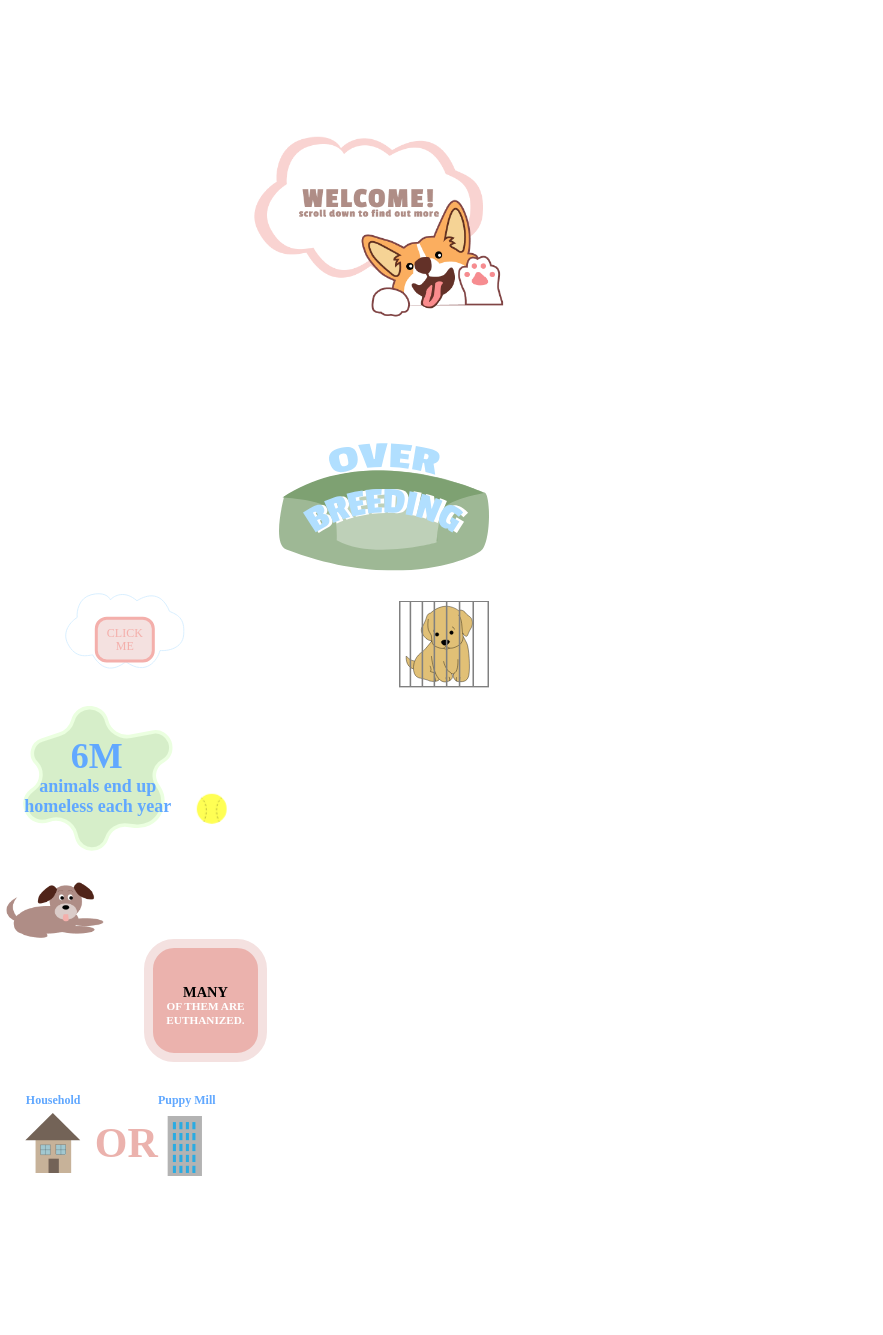
Repository: SoleilDagneau/MDIA2109Midterm
Page: index.html
These files come from the project's save history. The page is drawn as it stood at one moment and after the next save; the edit follows.
The browser window is 1280 px wide. The page is 1472 px wide, so the pictures cover 1472 px, including what lies to the right of the window. The pictures show the whole page, at 60% of full size.
Some web fonts or font styles are not loaded; a fallback is used.

Above is the page before, as saved 2022-03-04 11:00:35.
Console error: TypeError: Cannot set properties of null (setting 'innerText')

### index.html
<!DOCTYPE html>
<html lang="en">
<head>
    <meta charset="UTF-8">
    <meta http-equiv="X-UA-Compatible" content="IE=edge">
    <meta name="viewport" content="width=device-width, initial-scale=1.0">
    <title>Animal Cruelty</title>

    <link href="styles.css" rel="stylesheet">

    <link rel="preconnect" href="https://fonts.googleapis.com">
    <link rel="preconnect" href="https://fonts.gstatic.com" crossorigin>
    <link href="https://fonts.googleapis.com/css2?family=Passion+One:wght@400;700&display=swap" rel="stylesheet">
    <link rel="preconnect" href="https://fonts.googleapis.com">
    <link rel="preconnect" href="https://fonts.gstatic.com" crossorigin>
    <link href="https://fonts.googleapis.com/css2?family=Nunito&display=swap" rel="stylesheet">

    <script src="utils/speechbubble.js"></script>
    <script src="utils/clickbubble.js"></script>
    <script src="utils/squarecard.js"></script>
    <script src="utils/blobcard.js"></script>
    <script src="utils/blueblobcard.js"></script>
    <script src="utils/ball.js"></script>
    <script src="utils/leafcard.js"></script>

</head>
<body>
    <div class="titlepage">
        <div class="welcome_title">
            <img class="welcome" src="imgs/welcomecloud.png" alt="welcome title">
            <img class="welcomedog" src="imgs/corgi.png">
        </div>
    </div>

    <div class="overbreeding">

        <div class="conttitle">

            <img class="obtitle" src="imgs/overbreeding.svg" alt="overbreeding title">
        </div>
        <div class="contcage">
            <img class="cage" src="imgs/dogincage.svg" alt="dog in cage img">
            <the-clickbubble class="dogtext" desc_text="CLICK ME"></the-clickbubble>
        </div>
        <div class="contblob">
            <the-blobcard class="blob" blob_text="6M"
            blob_subtext="animals end up homeless each year">
            </the-blobcard>
        </div>

        <div class="dog2">
            <img class="dogpic2" src="imgs/layingdog.png">
        </div>

        <the-ball></the-ball>

        <the-squarecard class="htext" the_manytext="MANY" the_htext="OF THEM ARE EUTHANIZED."></the-squarecard>

        <div class="buildcont">
            <h3 class="housetext">Household</h3>
            <h3 class="puppymill">Puppy Mill</h3>
            <img class="house" src="imgs/house.svg">
            <img class="tower" src="imgs/building.svg">
            <h1 class="or">OR</h1>
        </div>

    </div>

    <!-----------
        <div class="habitatloss">
        <div class="conttitle">
            <img class="obtitle" src="imgs/habitatloss.svg" alt="habitat loss title">
        </div>
        <div class="contmonkey">
            <the-clickbubble class="testingtext" desc_text="CLICK ME"></the-clickbubble>
            <img class="monkey" src="imgs/monkey.svg" alt="monkey img" width=150px>
        </div>
        <div>
            <img src="imgs/leafwithbranch.svg" alt="leaf with branch" width=500px>
        </div>







    </div>




    <div class="cosmetictesting">
        <div class="conttitle">
            <img class="obtitle" src="imgs/cosmetictesting.svg" alt="cosmetictesting title">
        </div>
        <div class="contsyringe">
            <img class="syringe" src="imgs/injection.svg" alt="syringe img">
            <the-clickbubble class="testingtext" desc_text="CLICK ME"></the-clickbubble>
        </div>
        <div class="contblob">
            <the-blueblobcard class="testingblob1" blob_text="88%"></the-blueblobcard>
        </div>
        <div class="contcard">
            <the-squarecard info_text="of top beauty brands still fund animal testing">
            </the-squarecard>
        </div>
        <div class="contblob">
            <the-blueblobcard class="testingblob2" blob_text="110M"
            blob_subtext="animals are killed in U.S. laboratories every year"></the-blueblobcard>
        </div>
        <div class="contblob">
            <the-blueblobcard class="testingblob3" blob_text="95%"></the-blueblobcard>
        </div>
        <div class="contcard">
            <the-squarecard class="contcard1" info_text="of all drugs that are shown to be safe and effective in
            animal tests, fail in human tests.">
            </the-squarecard>
        </div>
        <div class="contmouse">
            <img class="mouse" src="imgs/mouse-02.svg" alt="mouse img">
            <the-clickbubble class="mouseclick" desc_text="CLICK ME"></the-clickbubble>
        </div>


        ------>













</body>
</html>

### styles.css
.titlepage{
    display:block;
    position: relative;
    top:170px;
    left:-55px;
}


.welcome{
    display: flex;
    position: relative;
    margin: auto;
    top: 50px;
    left: 30px;
    right: 90px;
    justify-content: center;
}

.welcomedog {
    display:flex;
    margin: auto;
    position: relative;
    left: 135px;
    top: -80px;
    right: 90px;
    justify-content: center;
}
/*--------------------------END OF TITLE SECTION-------------------------------*/
.overbreeding{
    display:block;
    position:relative;
    top:300px;


}
.obtitle{
    width:350px;
    display: flex;
    position:relative;
    margin: auto;
}
.cage{
    width:150px;
    display: flex;
    position: relative;
    left: 100px;
    top: 50px;
    margin: auto;

}
.dogtext{
    display: flex;
    position:absolute;
    top:250px;
    left:100px;
    margin: auto;
}
.blob{
    display: flex;
    position:relative;
    left:30px;
    top:80px;
}
.htext{
    display:flex;
    position: relative;
    left: 200px;
    top:-80px;
}
.house{
    width:100px;
    height:100px;
    display:flex;
    position:relative;
    left:30px;

}
.tower{
    width:100px;
    height:100px;
    display:flex;
    position:relative;
    left:250px;
    top:-95px;
}
.housetext{
    font-family: 'passion one', cursive;
    font-size:20px;
    color:#61A8FF;
    display:inline;
    position:relative;
    left:35px;
    bottom:10px;
}
.puppymill{
    font-family: 'passion one', cursive;
    font-size:20px;
    color:#61A8FF;
    display:inline;
    position:relative;
    left:160px;
    bottom: 10px;
}
.or{
    font-family: 'passion one', cursive;
    font-size:70px;
    color:#EBB2AD;
    display:inline;
    position:relative;
    top:-190px;
    left:150px;
}
.buildcont{
    display:inline;
    position:relative;
    top:-50px;
}
.dog2{
    display:flex;
    position:relative;
    left: 3px;
}


/*------------------END OF SECTION 1----------------------------*/

.syringe {
    width:100px;
    height: 100px;
    display: flex;
    position: relative;
    left: 100px;
    top: 50px;
    margin: auto;
}

.testingtext{
    display: flex;
    position:sticky;
    top:1000px;
    left:100px;
    margin: auto;
}

.testingblob1 {
    display: flex;
    position:relative;
    left:10px;
    top:150px;
}

.contcard {
    display: flex;
    position:relative;
    top:100px;
}

.testingblob2 {
    display: flex;
    position:absolute;
    left:300px;
    top:1400px;
}

.testingblob3 {
    display: flex;
    position:relative;
    left:10px;
    top:100px;
}

.contcard1 {
    display: flex;
    position:relative;
}

.mouse {
    width:200px;
    height: 200px;
    display: flex;
    position: absolute;
    left: 350px;
    top: 1900px;
    margin: auto;
}

.mouseclick {
    display: flex;
    position:absolute;
    top:1800px;
    left:250px;
    margin: auto;
}

.contmonkey {
    display:flex;
    position:sticky;
    left: 350px;
    justify-content: flex-end;
    margin-right: 50px;
    margin-top: 20px;
}

/* -------------------------------END OF SECTION 2-------------------------------*/
.contcard3 {
    display:flex;
    justify-content: flex-end;
}

### utils/speechbubble.js
//MUST HAVE - CREATE A TEMPLATE TAG
var template_speechbub = document.createElement("template"); //<template> </template> RULE

//To-do - CREATE THE UI HERE!
template_speechbub.innerHTML = `

<style>
    #next_button {
        background-color:#61A8FF;
        border:3px solid #AFDDFF;
        border-radius: 10px;
        font-family: 'passion one', cursive;
        color: white;
        font-size:20px;
        margin:65px;
        display:flex;
        position:absolute;
        top:45px;
        left: 30px;

    }
    #speech_bubble{
        width:250px;
        display:flex;
        position:relative;

    }

</style>
<div id="cloud">
    <img id="speech_bubble" src="imgs/cloud.svg" alt=""/>
        <button id="next_button">
            next...
         </button>
</div>

`;

//MUST HAVE - CREATE A CLASS WITH HTMLELEMENT POWERS (interfaces/functionalities)
class TheSpeechBubble extends HTMLElement {

    //MUST HAVE - CREATE A CONSTRUCTOR TO DO INITAL ASSOCIATIONS
    constructor(){
        super(); //pass on the HTMLElement super powers!
        this.attachShadow({mode:"open"}) //Attach it to the shadowRoot

        //To-do - CREATE THE STATES FOR THE UI HERE!
    }

    //MUST HAVE - FUNCTION THAT RUNS AFTER IT'S CONNECTED
    connectedCallback(){
        this.shadowRoot.appendChild(template_speechbub.content.cloneNode(true));
        this.shadowRoot.querySelector("#next_button").innerText = this.getAttribute("button_text"); //use the template to make a clone
    }

    //To-do - CREATE THE FUNCTIONALITIES HERE!
}

//MUST HAVE - define the tag for the custom elements
customElements.define("the-speechbubble", TheSpeechBubble)

### utils/clickbubble.js
//MUST HAVE - CREATE A TEMPLATE TAG
var template_clickbubble = document.createElement("template"); //<template> </template> RULE

//To-do - CREATE THE UI HERE!
template_clickbubble.innerHTML = `

<style>
    #desc_text {
        font-family:'passion one', cursive;
        color: #F4AFAB;
        font-size:20px;
        padding: 10px;
        background-color:#F4E1E0;
        border: 5px solid #F4AFAB;
        border-radius: 20px;
        position: absolute;
        display:flex;
        justify-content:center;
        top:-10px;

        margin:50px;
    }
    img{
        width: 200px;
    }
    #click_bubble{
        display:flex;
    }
</style>
<div id="click_bubble">
    <img src="imgs/cloud.svg" alt="cloud svg"/>
        <button id="desc_text">
            CLICK ME
        </button>
</div>

`;

//MUST HAVE - CREATE A CLASS WITH HTMLELEMENT POWERS (interfaces/functionalities)
class TheClickBubble extends HTMLElement {

    //MUST HAVE - CREATE A CONSTRUCTOR TO DO INITAL ASSOCIATIONS
    constructor(){
        super(); //pass on the HTMLElement super powers!
        this.attachShadow({mode:"open"}) //Attach it to the shadowRoot

        //To-do - CREATE THE STATES FOR THE UI HERE!
    }

    //MUST HAVE - FUNCTION THAT RUNS AFTER IT'S CONNECTED
    connectedCallback(){
        this.shadowRoot.appendChild(template_clickbubble.content.cloneNode(true));
        this.shadowRoot.querySelector("#desc_text").innerText = this.getAttribute("desc_text"); //use the template to make a clone
    }

    //To-do - CREATE THE FUNCTIONALITIES HERE!
}

//MUST HAVE - define the tag for the custom elements
customElements.define("the-clickbubble", TheClickBubble)

### utils/squarecard.js
//MUST HAVE - CREATE A TEMPLATE TAG
var template_scard = document.createElement("template"); //<template> </template> RULE

//To-do - CREATE THE UI HERE!
template_scard.innerHTML = `

<style>
    #info_card {
        background-color:#EBB2AD;
        width: 175px;
        height:175px;
        border: 15px solid #F4E1E0;
        border-radius: 50px;
        margin: 2rem;
    }
    #info_text {
        display:flex;
        justify-content:center;
        font-size:18px;
        font-family: 'nunito', sans-serif;
        color: white;
        padding: 10px;
    }
    #the_htext{
        font-family:'passion one', cursive;
        color:white;
        text-align:center;
        display:flex;
        position:relative;
        top:20px;
    }
    #the_manytext{
        font-family:'passion one', cursive;
        color:black;
        display:flex;
        position:relative;
        justify-content:center;
        top:40px;
    }

</style>
<div id="info_card">
    <h2 id="the_manytext">MANY</h2>

    <h3 id="the_htext">
     OF THEM ARE EUTHANIZED.
    </h3>

    <p id="info_text">info text</p>
</div>
`;

//MUST HAVE - CREATE A CLASS WITH HTMLELEMENT POWERS (interfaces/functionalities)
class TheSquareCard extends HTMLElement {

    //MUST HAVE - CREATE A CONSTRUCTOR TO DO INITAL ASSOCIATIONS
    constructor(){
        super(); //pass on the HTMLElement super powers!
        this.attachShadow({mode:"open"}) //Attach it to the shadowRoot

        //To-do - CREATE THE STATES FOR THE UI HERE!
    }

    //MUST HAVE - FUNCTION THAT RUNS AFTER IT'S CONNECTED
    connectedCallback(){
        this.shadowRoot.appendChild(template_scard.content.cloneNode(true));
        this.shadowRoot.querySelector("#info_text").innerText = this.getAttribute("info_text");
        this.shadowRoot.querySelector("#the_htext").innerText = this.getAttribute("the_htext");
        this.shadowRoot.querySelector("#the_manytext").innerText = this.getAttribute("the_manytext"); //use the template to make a clone
    }

    //To-do - CREATE THE FUNCTIONALITIES HERE!
}

//MUST HAVE - define the tag for the custom elements
customElements.define("the-squarecard", TheSquareCard)

### utils/blobcard.js
//MUST HAVE - CREATE A TEMPLATE TAG
var template_bcard = document.createElement("template"); //<template> </template> RULE

//To-do - CREATE THE UI HERE!
template_bcard.innerHTML = `

<style>
    #blob_text {
        font-family:'passion one', cursive;
        font-size:60px;
        color:#61A8FF;
        position:absolute;
        text-align:center;
        top:10px;
        left:80px;
    }
    .blob_subtext{
        font-size:30px;
        color:#61A8FF;
        font-family:'passion one', cursive;
        display:block;
        position:relative;
        text-align:center;
        top:-160px;
    }
    #the_blobcard{
        width:250px;
    }
</style>
<div class="container">
    <div id="the_blobcard">
        <img id="" src="imgs/blob.svg" alt=""/>
            <h1 id="blob_text">
                blob text
            </h1>
            <h3 class="blob_subtext">
                animals end up homeless each year
            </h3>
    </div>
</div>
`;

//MUST HAVE - CREATE A CLASS WITH HTMLELEMENT POWERS (interfaces/functionalities)
class TheBlobCard extends HTMLElement {

    //MUST HAVE - CREATE A CONSTRUCTOR TO DO INITAL ASSOCIATIONS
    constructor(){
        super(); //pass on the HTMLElement super powers!
        this.attachShadow({mode:"open"}) //Attach it to the shadowRoot

        //To-do - CREATE THE STATES FOR THE UI HERE!
    }

    //MUST HAVE - FUNCTION THAT RUNS AFTER IT'S CONNECTED
    connectedCallback(){
        this.shadowRoot.appendChild(template_bcard.content.cloneNode(true));
        this.shadowRoot.querySelector("#blob_text").innerText = this.getAttribute("blob_text");
        this.shadowRoot.querySelector("#blob_subtext").innerText = this.getAttribute("blob_subtext");
         //use the template to make a clone
    }

    //To-do - CREATE THE FUNCTIONALITIES HERE!
}

//MUST HAVE - define the tag for the custom elements
customElements.define("the-blobcard", TheBlobCard)

### utils/blueblobcard.js
//MUST HAVE - CREATE A TEMPLATE TAG
var template_bbcard = document.createElement("template"); //<template> </template> RULE

//To-do - CREATE THE UI HERE!
template_bbcard.innerHTML = `

<style>
    #blob_text {
        font-family:'passion one', cursive;
        font-size:60px;
        color:#f4afab;
        position:absolute;
        text-align:center;
        top:10px;
        left:80px;
    }
    #blob_subtext{
        font-size:30px;
        color:white;
        font-family:'nunito', sans-serif;
        display:block;
        position:relative;
        text-align:center;
        top:-160px;
    }
    #the_blobcard{
        width:250px;
    }
</style>
<div class="container">
    <div id="the_blueblobcard">
        <img id="" src="imgs/blueblob.svg" alt=""/>
            <h1 id="blob_text">
                blob text
            </h1>
            <h3 id="blob_subtext">
                blob subtext
            </h3>
    </div>
</div>
`;

//MUST HAVE - CREATE A CLASS WITH HTMLELEMENT POWERS (interfaces/functionalities)
class TheBlueBlobCard extends HTMLElement {

    //MUST HAVE - CREATE A CONSTRUCTOR TO DO INITAL ASSOCIATIONS
    constructor(){
        super(); //pass on the HTMLElement super powers!
        this.attachShadow({mode:"open"}) //Attach it to the shadowRoot

        //To-do - CREATE THE STATES FOR THE UI HERE!
    }

    //MUST HAVE - FUNCTION THAT RUNS AFTER IT'S CONNECTED
    connectedCallback(){
        this.shadowRoot.appendChild(template_bcard.content.cloneNode(true));
        this.shadowRoot.querySelector("#blob_text").innerText = this.getAttribute("blob_text");
        this.shadowRoot.querySelector("#blob_subtext").innerText = this.getAttribute("blob_subtext");
         //use the template to make a clone
    }

    //To-do - CREATE THE FUNCTIONALITIES HERE!
}

//MUST HAVE - define the tag for the custom elements
customElements.define("the-blueblobcard", TheBlueBlobCard)

### utils/ball.js
//MUST HAVE - CREATE A TEMPLATE TAG
var template_ball = document.createElement("template"); //<template> </template> RULE

//To-do - CREATE THE UI HERE!
template_ball.innerHTML = `
<style>
.ballpic{
    width:50px;
    display: flex;
    position: relative;
    left:20rem;
    top:-15rem;
    animation: bounce2 2s ease infinite;
}
@keyframes bounce2 {
	0%, 20%, 50%, 80%, 100% {transform: translateY(0);}
	40% {transform: translateY(-30px);}
	60% {transform: translateY(-15px);}
}
</style>

<div class="ball">
       <img class="ballpic" src="imgs/ball.svg" alt="ball img">
</div>
`;

//MUST HAVE - CREATE A CLASS WITH HTMLELEMENT POWERS (interfaces/functionalities)
class TheBall extends HTMLElement {

    //MUST HAVE - CREATE A CONSTRUCTOR TO DO INITAL ASSOCIATIONS
    constructor(){
        super(); //pass on the HTMLElement super powers!
        this.attachShadow({mode:"open"}) //Attach it to the shadowRoot

        //To-do - CREATE THE STATES FOR THE UI HERE!
    }

    //MUST HAVE - FUNCTION THAT RUNS AFTER IT'S CONNECTED
    connectedCallback(){
        this.shadowRoot.appendChild(template_ball.content.cloneNode(true));

    }

    //To-do - CREATE THE FUNCTIONALITIES HERE!

}


//MUST HAVE - define the tag for the custom elements
customElements.define("the-ball", TheBall)

### utils/leafcard.js
//MUST HAVE - CREATE A TEMPLATE TAG
var template_leafcard = document.createElement("template"); //<template> </template> RULE

//To-do - CREATE THE UI HERE!
template_leafcard.innerHTML = `

<style>

    #leaf_subtext{
        font-size:40px;
        color:#FFF;
        font-family:'passion one', cursive;
        display:block;
        position:relative;
        text-align:left;
        top:-140px;
        right: -20px;

    }

</style>
<div class="container">
    <div id="the_leafcard">
        <img id="" src="imgs/leafwithbranch.svg" alt=""/>
            <h3 id="leaf_subtext">
                leaf subtext
            </h3>
    </div>
</div>
`;

//MUST HAVE - CREATE A CLASS WITH HTMLELEMENT POWERS (interfaces/functionalities)
class TheLeafCard extends HTMLElement {

    //MUST HAVE - CREATE A CONSTRUCTOR TO DO INITAL ASSOCIATIONS
    constructor(){
        super(); //pass on the HTMLElement super powers!
        this.attachShadow({mode:"open"}) //Attach it to the shadowRoot

        //To-do - CREATE THE STATES FOR THE UI HERE!
    }

    //MUST HAVE - FUNCTION THAT RUNS AFTER IT'S CONNECTED
    connectedCallback(){
        this.shadowRoot.appendChild(template_leafcard.content.cloneNode(true));
        this.shadowRoot.querySelector("#leaf_subtext").innerText = this.getAttribute("leaf_subtext");
         //use the template to make a clone
    }

    //To-do - CREATE THE FUNCTIONALITIES HERE!
}

//MUST HAVE - define the tag for the custom elements
customElements.define("the-leafcard", TheLeafCard)

After the next save:
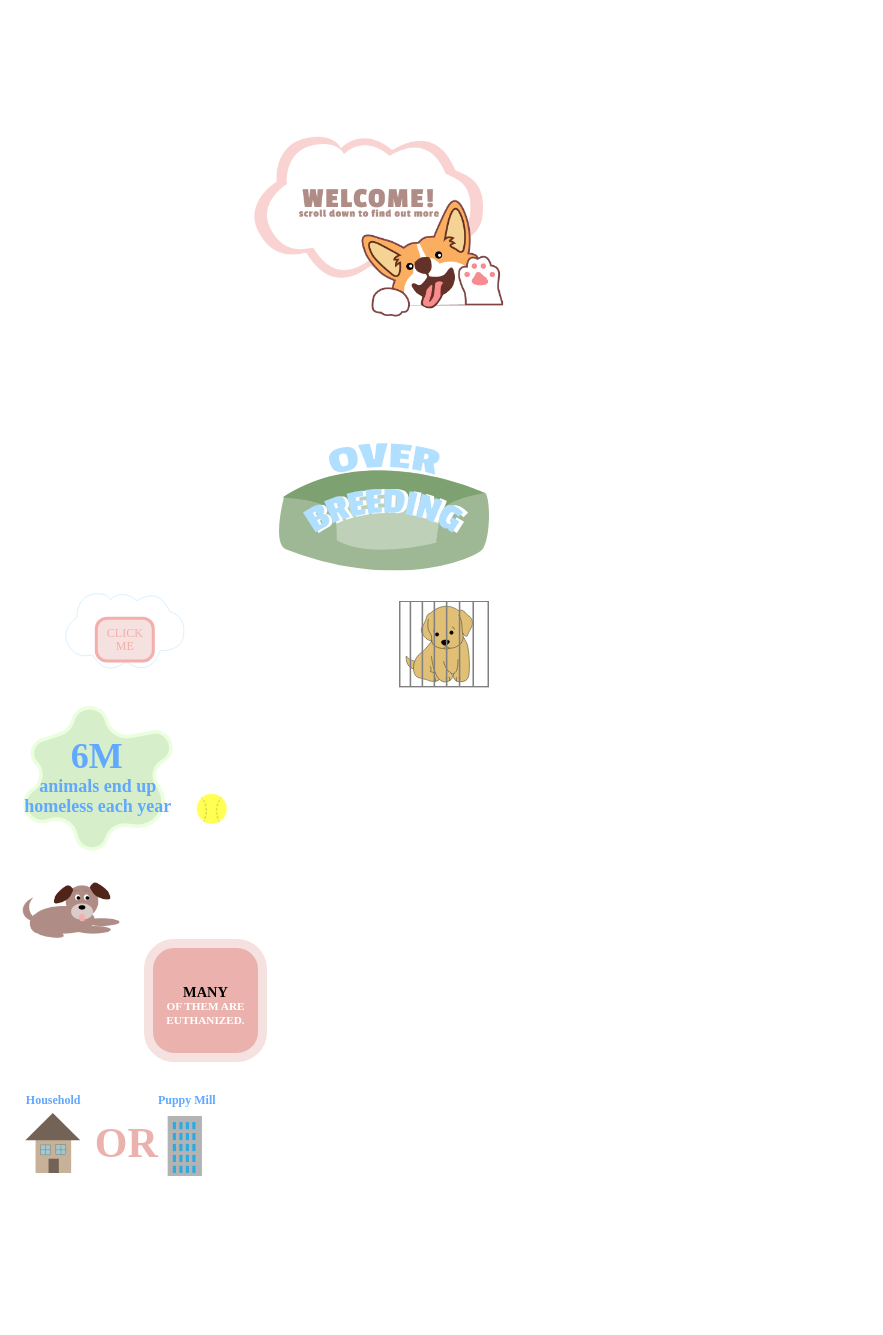
Saved 2 s later.
--- a/styles.css
+++ b/styles.css
@@ -118,7 +118,7 @@
 .dog2{
     display:flex;
     position:relative;
-    left: 3px;
+    left: 30px;
 }
 
 
